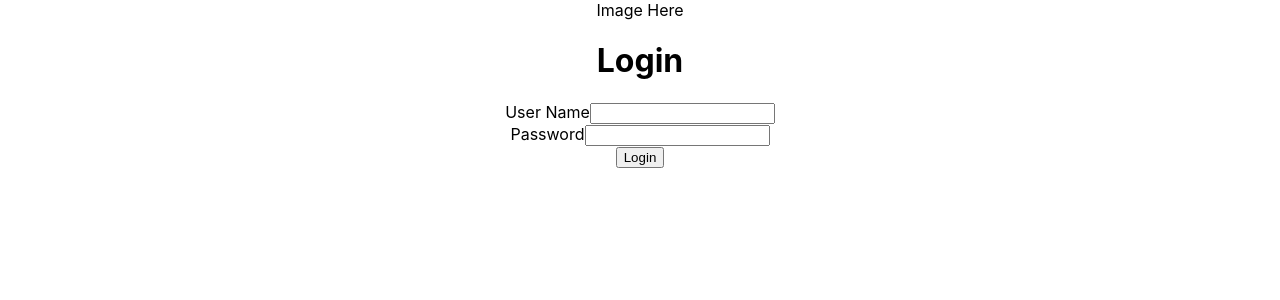
Repository: oboioz/SimpleTodoApp
Page: /todos (app in SimpleTodoAppFrontEnd/todo-app/)
The author's editor kept a copy of each file at every save. The page is drawn from the files as they stood at one save, then again after the next save.
The browser window is 1280 px wide. The pictures show the whole page.
The project was rebuilt for these pictures with package versions that can differ from the ones it lists, and the page was loaded fresh each time. Also part of the build but not shown: SimpleTodoAppFrontEnd/todo-app/src/components/todo/Login/LoginStyle.css.

Above is the page before, as saved 2024-04-03 19:42:09.

### SimpleTodoAppFrontEnd/todo-app/src/App.js
import './App.css';
import TodoApp from './components/TodoApp';

function App() {
  return (
    <div className="App">
      <TodoApp />
    </div>
  )
}

export default App;

### SimpleTodoAppFrontEnd/todo-app/src/components/TodoApp.jsx
import LoginComponent from "./todo/Login/LoginComponent";

export default function TodoApp() {
    return (
        <div className="todo-app">
            <LoginComponent />
        </div>
    )
}

### SimpleTodoAppFrontEnd/todo-app/src/components/todo/Login/LoginComponent.jsx
import './LoginStyle.css';
import Container from 'react-bootstrap/Container';
import Row from 'react-bootstrap/Row';
import Col from 'react-bootstrap/Col';

function LoginComponent() {

    return (
        <div className="Login container">
            <div className="row align-items-start">
                <div className="col-md-6">
                    Image Here
                </div>
                <div className="col-md-6">
                    <h1>Login</h1>
                    <div className="LoginForm">
                        <div>
                            <label>User Name</label>
                            <input type="text" name="username" />
                        </div>
                        <div>
                            <label>Password</label>
                            <input type="password" name="password" />
                        </div>

                        <button type="button" name="login">Login</button>
                    </div>
                </div>
            </div>
        </div>

    )

}

export default LoginComponent;

Loaded but not shown: SimpleTodoAppFrontEnd/todo-app/public/index.html (common file); SimpleTodoAppFrontEnd/todo-app/src/index.js (common file); SimpleTodoAppFrontEnd/todo-app/src/index.css (common file); SimpleTodoAppFrontEnd/todo-app/src/reportWebVitals.js (common file); SimpleTodoAppFrontEnd/todo-app/src/App.css (common file)

After the next save:
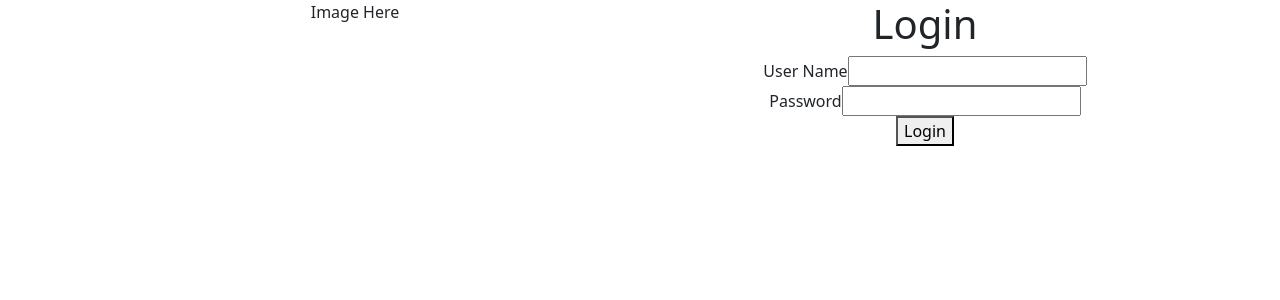
Saved 32 s later.
--- a/SimpleTodoAppFrontEnd/todo-app/src/components/todo/Login/LoginComponent.jsx
+++ b/SimpleTodoAppFrontEnd/todo-app/src/components/todo/Login/LoginComponent.jsx
@@ -1,7 +1,5 @@
 import './LoginStyle.css';
-import Container from 'react-bootstrap/Container';
-import Row from 'react-bootstrap/Row';
-import Col from 'react-bootstrap/Col';
+import 'bootstrap/dist/css/bootstrap.min.css';
 
 function LoginComponent() {
 

After the save that followed:
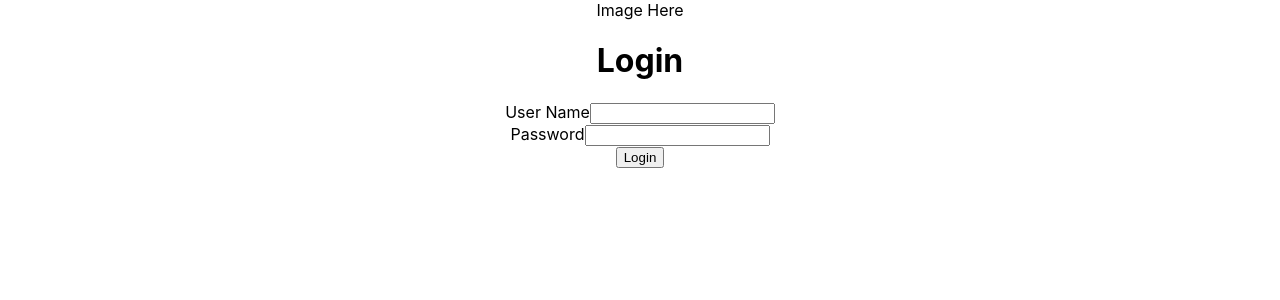
Saved 51 s later.
--- a/SimpleTodoAppFrontEnd/todo-app/src/components/todo/Login/LoginComponent.jsx
+++ b/SimpleTodoAppFrontEnd/todo-app/src/components/todo/Login/LoginComponent.jsx
@@ -1,5 +1,5 @@
 import './LoginStyle.css';
-import 'bootstrap/dist/css/bootstrap.min.css';
+
 
 function LoginComponent() {
 
